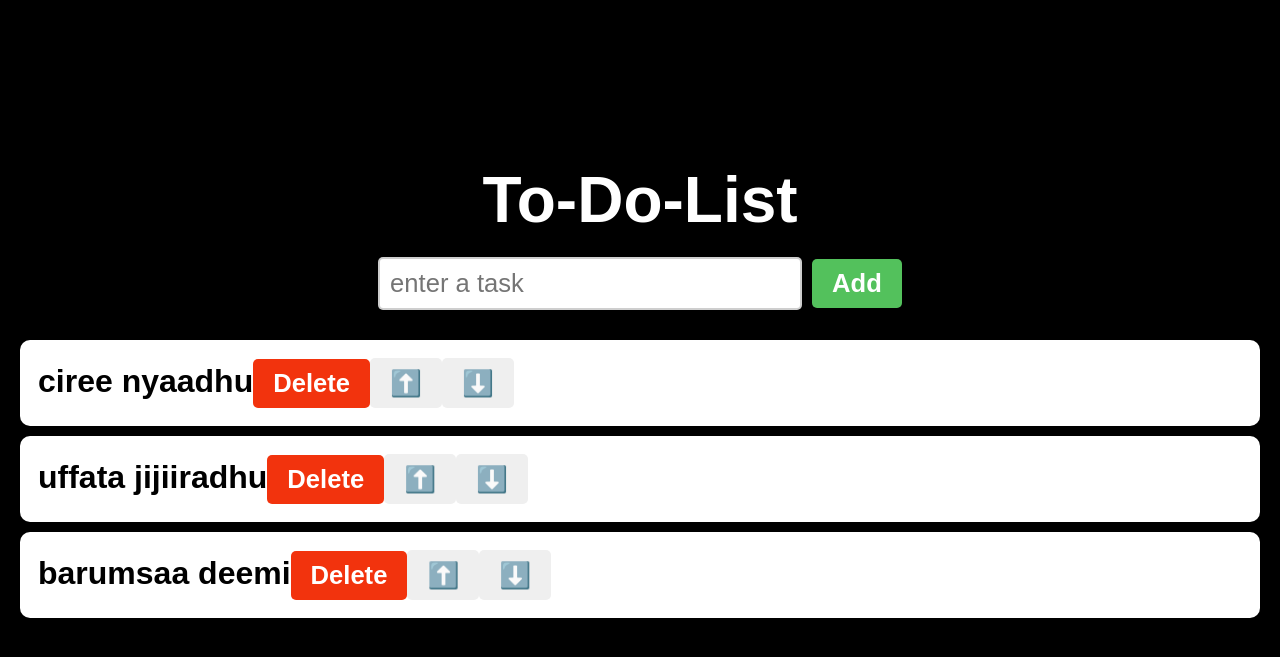
Repository: wakoya-tech/to-do-list-app
Page: /
The author's editor kept a copy of each file at every save. The page is drawn from the files as they stood at one save, then again after a run of saves.
The browser window is 1280 px wide. The pictures show the whole page.
The project was rebuilt for these pictures with package versions that can differ from the ones it lists, and the page was loaded fresh each time. Also part of the build but not shown: vite.config.js, src/App.css.

Above is the page before, as saved 2025-10-16 20:00:51.

### src/App.jsx
import { useState } from 'react'
import './App.css'
import ToDoList from './ToDoList.jsx'
function App() {
 return(<>

 <ToDoList/>
 </>)
}

export default App

### src/index.css
/* ========== GLOBAL STYLES ========== */
body {
  background-color: black;
  color: white;
  font-family: Arial, Helvetica, sans-serif;
  margin: 0;
  padding: 0;
}

/* ========== TO-DO LIST CONTAINER ========== */
.to-do-list {
  text-align: center;
  margin-top: 100px;
  padding: 20px;
}

/* ========== HEADER ========== */
h1 {
  font-size: 4rem;
  margin-bottom: 20px;
  color: white;
}

/* ========== INPUT FIELD ========== */
input[type="text"] {
  font-size: 1.6rem;
  padding: 10px;
  border: 2px solid hsla(0, 0%, 80%, 0.959);
  border-radius: 5px;
  width: 60%;
  max-width: 400px;
  margin-right: 10px;
  outline: none;
}

/* ========== BUTTONS (GENERAL) ========== */
button {
  font-size: 1.6rem;
  font-weight: bold;
  padding: 10px 20px;
  color: white;
  border: none;
  border-radius: 5px;
  cursor: pointer;
  transition: background-color 0.5s ease, transform 0.2s ease;
}

button:hover {
  transform: scale(1.05);
}

/* ========== ADD BUTTON ========== */
.add-button {
  background-color: hsl(125, 47%, 54%);
}

.add-button:hover {
  background-color: hsl(125, 80%, 35%);
}

/* ========== DELETE BUTTON ========== */
.delete-button {
  background-color: hsl(10, 90%, 50%);
}

.delete-button:hover {
  background-color: hsl(10, 85%, 30%);
}

/* ========== MOVE UP/DOWN BUTTONS ========== */
.move-button {
  background-color: hsl(210, 70%, 45%);
}

.move-button:hover {
  background-color: hsl(210, 80%, 25%);
}

/* ========== TASK LIST ========== */
ol {
  padding: 0;
  margin-top: 30px;
  list-style: none;
}

li {
  font-size: 2rem;
  font-weight: bold;
  padding: 15px;
  background-color: white;
  color: black;
  margin-bottom: 10px;
  border: 3px solid hsla(0, 0%, 100%, 0.726);
  border-radius: 10px;
  display: flex;
  align-items: center;
  justify-content: space-between;
}

/* ========== TASK TEXT ========== */
.text {
  flex-grow: 1;
  text-align: left;
}

/* ========== ACTION BUTTON GROUP ========== */
.task-buttons {
  display: flex;
  gap: 10px;
}

/* ========== RESPONSIVE DESIGN ========== */
@media (max-width: 600px) {
  h1 {
    font-size: 2.5rem;
  }

  input[type="text"] {
    width: 80%;
    font-size: 1.2rem;
  }

  button {
    font-size: 1.2rem;
    padding: 8px 12px;
  }

  li {
    flex-direction: column;
    align-items: flex-start;
  }

  .task-buttons {
    margin-top: 10px;
  }
}

### src/ToDoList.jsx
import React,{useState} from 'react'

function ToDoList() {
    const [tasks,setTasks]=useState(["ciree nyaadhu","uffata jijiiradhu","barumsaa deemi"])
    const [newTask,setNewTask]=useState("");
    function handleInputChange(e){
      setNewTask(e.target.value)
    }
    function addTask(){
        if(newTask.trim() !==""){
 setTasks(t=>[...t,newTask]) ;
 setNewTask("");
        }
    }
    function deleteTask(index){
      const updatedTasks = tasks.filter((_,i) => i !==index);
      setTasks(updatedTasks);
    }
    function moveTaskUp(index){
if(index > 0){
  const updatedTasks = [...tasks];
  [updatedTasks[index],updatedTasks[index-1]]=[updatedTasks[index-1],updatedTasks[index]];
setTasks();
}
    }
    function moveTaskDown(index){

    }
  return (
    <div className='to-do-list'>
<h1>To-Do-List</h1>
<div>
    <input type="text" placeholder='enter a task'
    value={newTask} onChange={handleInputChange}/>
 <button className='add-button' onClick={addTask}>Add </button>
</div>
<ol>
    {tasks.map((task,index)=><li key={index}>
    <span className='text'>
        {task}
    <button className='delete-button' onClick={()=>deleteTask(index)}>Delete</button>
    <button className='move-up-button'onClick={()=>moveTaskUp(index)}>⬆️</button>
    <button className='move-down-button'onClick={()=>moveTaskDown(index)}>⬇️</button>

    </span>
    </li>)}
</ol>
    </div>
  )
}

export default ToDoList

Loaded but not shown: index.html (common file); src/main.jsx (common file)

After the next 2 saves:
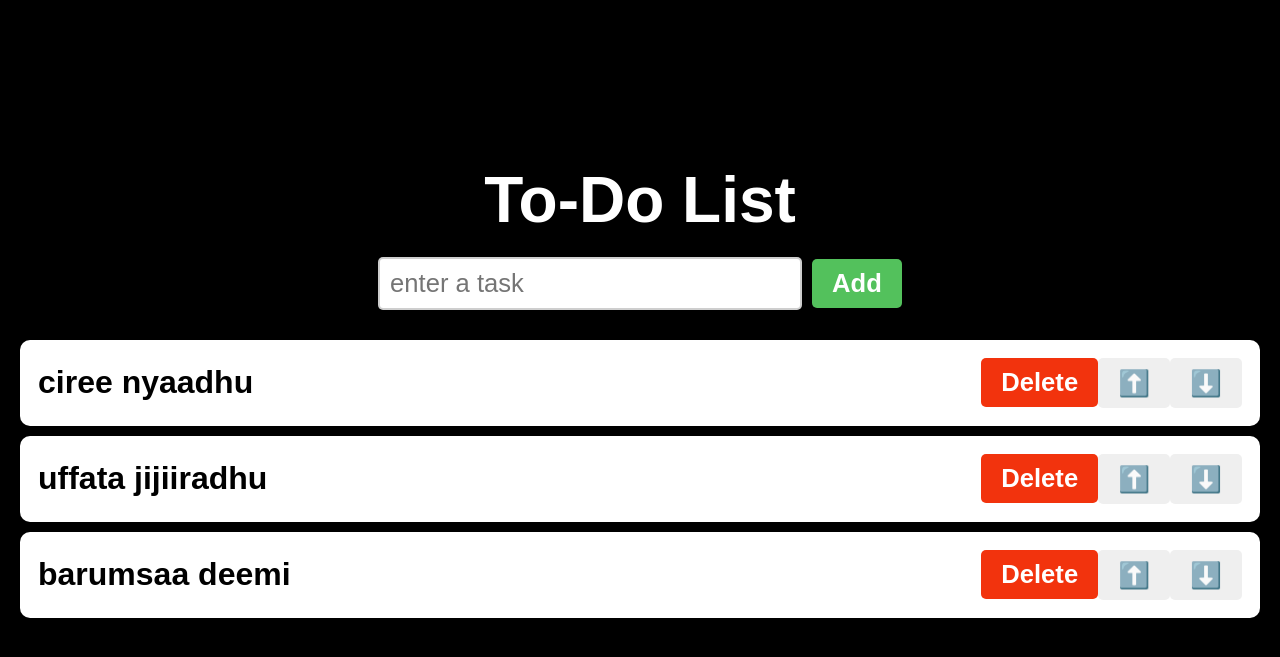
The 2 saves are shown as one change because 1 did not build or start.
The last was saved 3 min 43 s later.
--- a/src/ToDoList.jsx
+++ b/src/ToDoList.jsx
@@ -1,52 +1,66 @@
-import React,{useState} from 'react'
+import React, { useState } from 'react';
 
 function ToDoList() {
-    const [tasks,setTasks]=useState(["ciree nyaadhu","uffata jijiiradhu","barumsaa deemi"])
-    const [newTask,setNewTask]=useState("");
-    function handleInputChange(e){
-      setNewTask(e.target.value)
+  const [tasks, setTasks] = useState(["ciree nyaadhu", "uffata jijiiradhu", "barumsaa deemi"]);
+  const [newTask, setNewTask] = useState("");
+
+  function handleInputChange(e) {
+    setNewTask(e.target.value);
+  }
+
+  function addTask() {
+    if (newTask.trim() !== "") {
+      setTasks(t => [...t, newTask]);
+      setNewTask("");
     }
-    function addTask(){
-        if(newTask.trim() !==""){
- setTasks(t=>[...t,newTask]) ;
- setNewTask("");
-        }
-    }
-    function deleteTask(index){
-      const updatedTasks = tasks.filter((_,i) => i !==index);
+  }
+
+  function deleteTask(index) {
+    const updatedTasks = tasks.filter((_, i) => i !== index);
+    setTasks(updatedTasks);
+  }
+
+  function moveTaskUp(index) {
+    if (index > 0) {
+      const updatedTasks = [...tasks];
+      [updatedTasks[index - 1], updatedTasks[index]] = [updatedTasks[index], updatedTasks[index - 1]];
       setTasks(updatedTasks);
     }
-    function moveTaskUp(index){
-if(index > 0){
-  const updatedTasks = [...tasks];
-  [updatedTasks[index],updatedTasks[index-1]]=[updatedTasks[index-1],updatedTasks[index]];
-setTasks();
-}
+  }
+
+  function moveTaskDown(index) {
+    if (index < tasks.length - 1) {
+      const updatedTasks = [...tasks];
+      [updatedTasks[index], updatedTasks[index + 1]] = [updatedTasks[index + 1], updatedTasks[index]];
+      setTasks(updatedTasks);
     }
-    function moveTaskDown(index){
+  }
 
-    }
   return (
-    <div className='to-do-list'>
-<h1>To-Do-List</h1>
-<div>
-    <input type="text" placeholder='enter a task'
-    value={newTask} onChange={handleInputChange}/>
- <button className='add-button' onClick={addTask}>Add </button>
-</div>
-<ol>
-    {tasks.map((task,index)=><li key={index}>
-    <span className='text'>
-        {task}
-    <button className='delete-button' onClick={()=>deleteTask(index)}>Delete</button>
-    <button className='move-up-button'onClick={()=>moveTaskUp(index)}>⬆️</button>
-    <button className='move-down-button'onClick={()=>moveTaskDown(index)}>⬇️</button>
+    <div className="to-do-list">
+      <h1>To-Do List</h1>
+      <div>
+        <input
+          type="text"
+          placeholder="enter a task"
+          value={newTask}
+          onChange={handleInputChange}
+        />
+        <button className="add-button" onClick={addTask}>Add</button>
+      </div>
 
-    </span>
-    </li>)}
-</ol>
+      <ol>
+        {tasks.map((task, index) => (
+          <li key={index}>
+            <span className="text">{task}</span>
+            <button className="delete-button" onClick={() => deleteTask(index)}>Delete</button>
+            <button className="move-up-button" onClick={() => moveTaskUp(index)}>⬆️</button>
+            <button className="move-down-button" onClick={() => moveTaskDown(index)}>⬇️</button>
+          </li>
+        ))}
+      </ol>
     </div>
-  )
+  );
 }
 
-export default ToDoList
+export default ToDoList;
